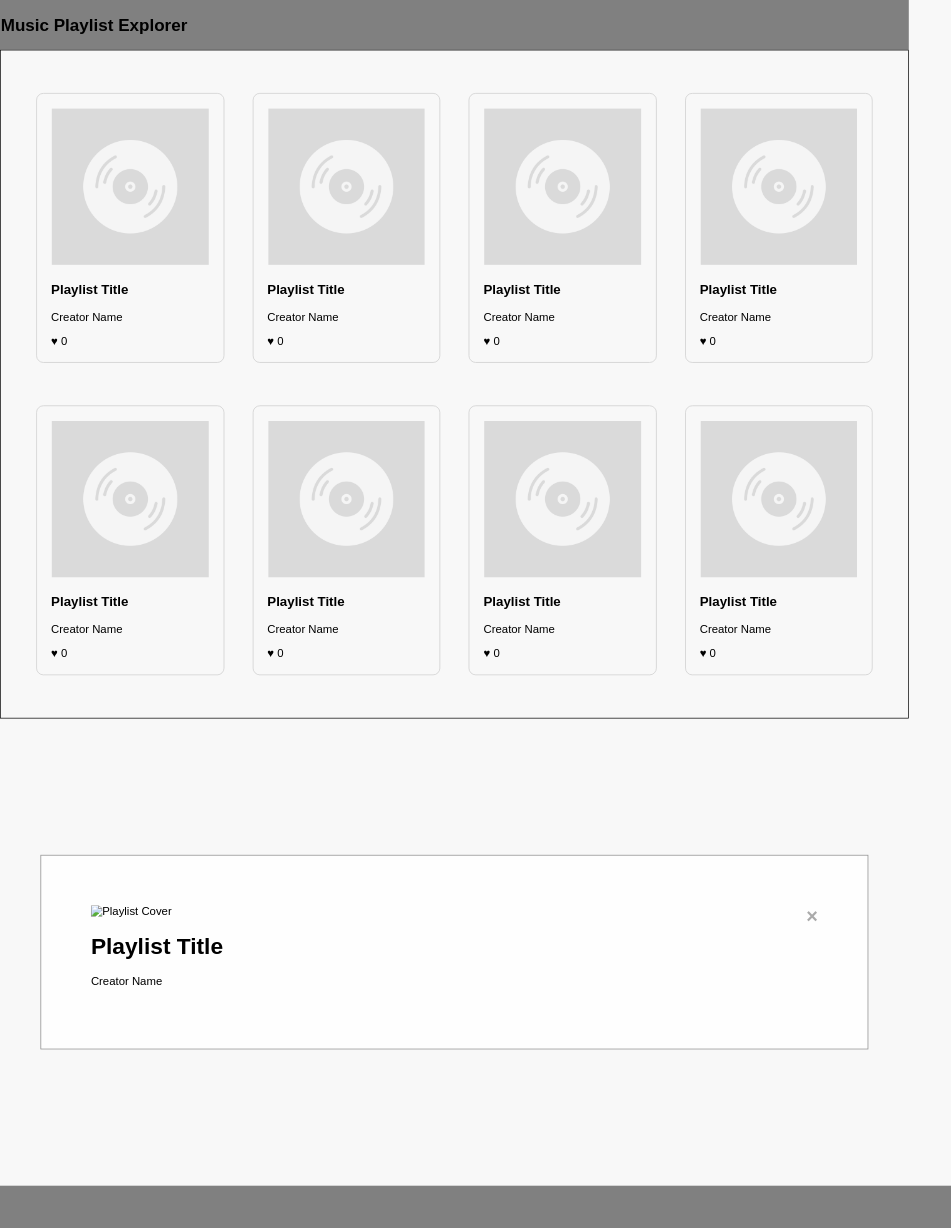
Repository: valentinaarojas/music-player-explorer
Page: index.html
The author's editor kept a copy of each file at every save. The page is drawn from the files as they stood at one save, then again after the next save.
The browser window is 1280 px wide. The page is 1340 px wide, so the pictures cover 1340 px, including what lies to the right of the window. The pictures show the whole page, at 71% of full size.

Above is the page before, as saved 2025-02-19 17:58:44.
Console error: SyntaxError: Unexpected token '{'

After the next save:
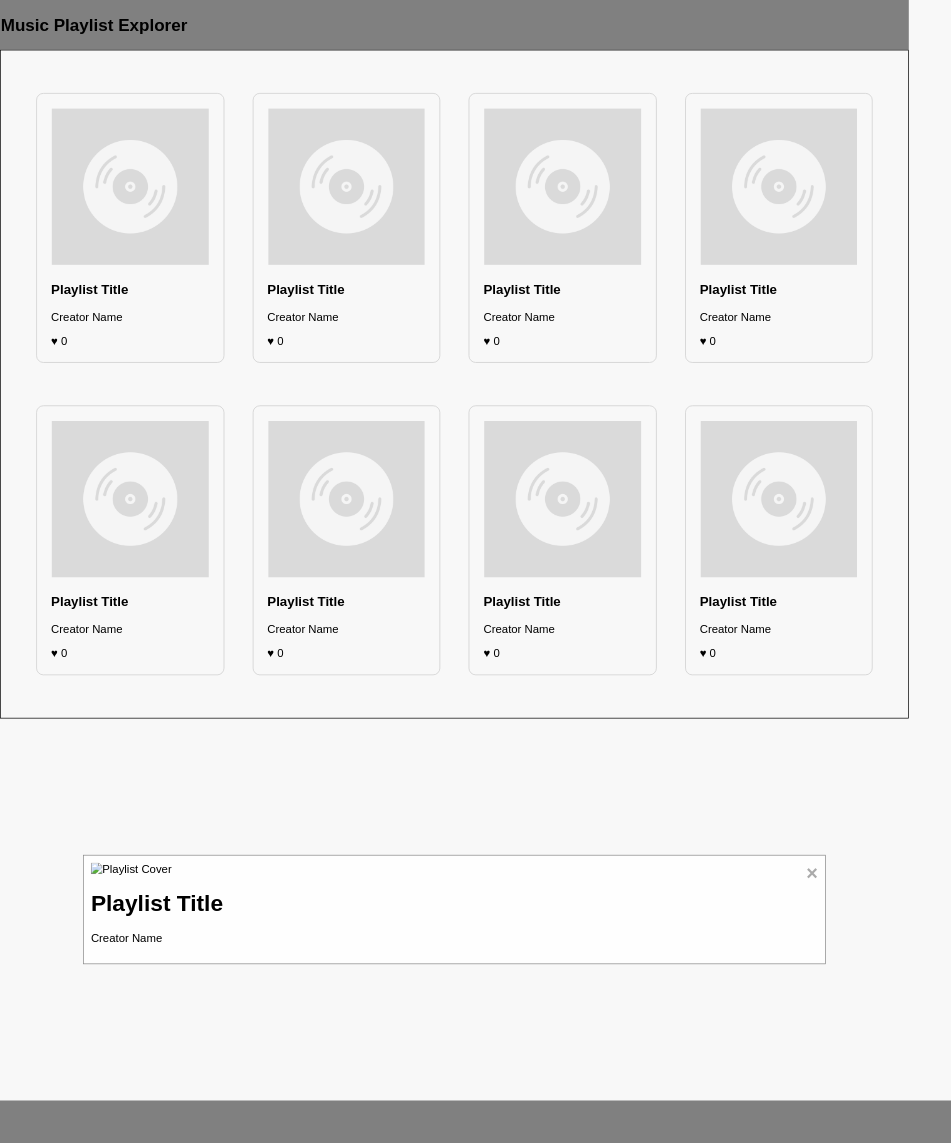
Saved 5 s later.
--- a/style.css
+++ b/style.css
@@ -44,7 +44,7 @@ body {
  .modal-content {
     background-color: #fefefe;
     margin: 15% auto; /* 15% from the top and centered */
-    padding: 70px;
+    padding: 10px;
     border: 1px solid #888;
     width: 80%; /* Could be more or less, depending on screen size */
  }
